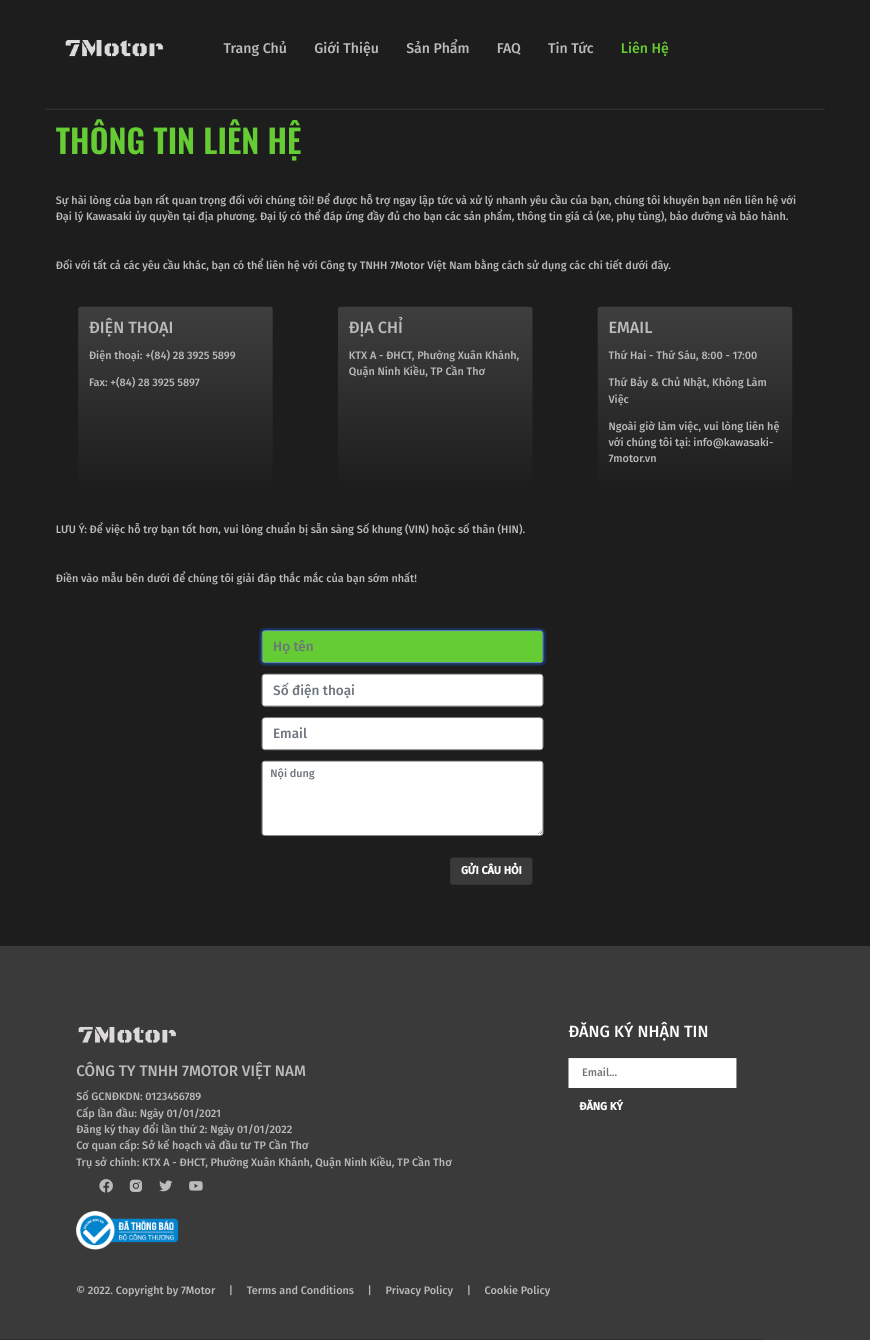
Repository: nntruong1907/SevenMotor
Page: contact.html
An editor plug-in stored every save of this project. The page is shown before and after the next save, followed by the edit.
The browser window is 1280 px wide. The pictures show the whole page, at 68% of full size.
The first visible `.border-input > input` has the focus.

Above is the page before, as saved 2022-04-06 09:59:09.
Console error: TypeError: Cannot read properties of undefined (reading 'classList')

After the next save:
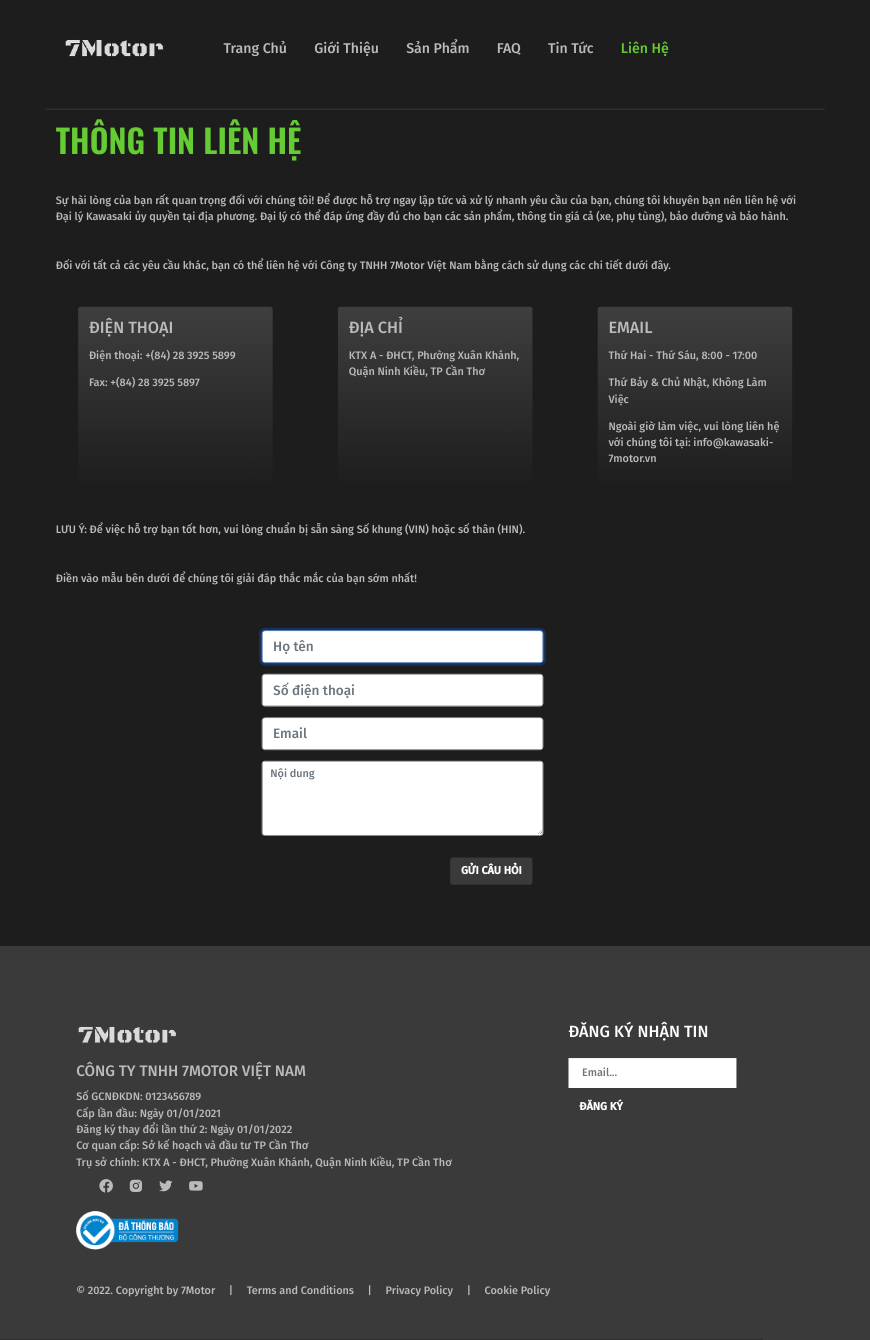
Saved 13 s later.
--- a/css/app.css
+++ b/css/app.css
@@ -753,5 +753,5 @@
 }
 
 .border-input > input:focus {
-  background-color: #66cc33;
-}
+  bo: #66cc33;
+}

After the 2 saves that followed:
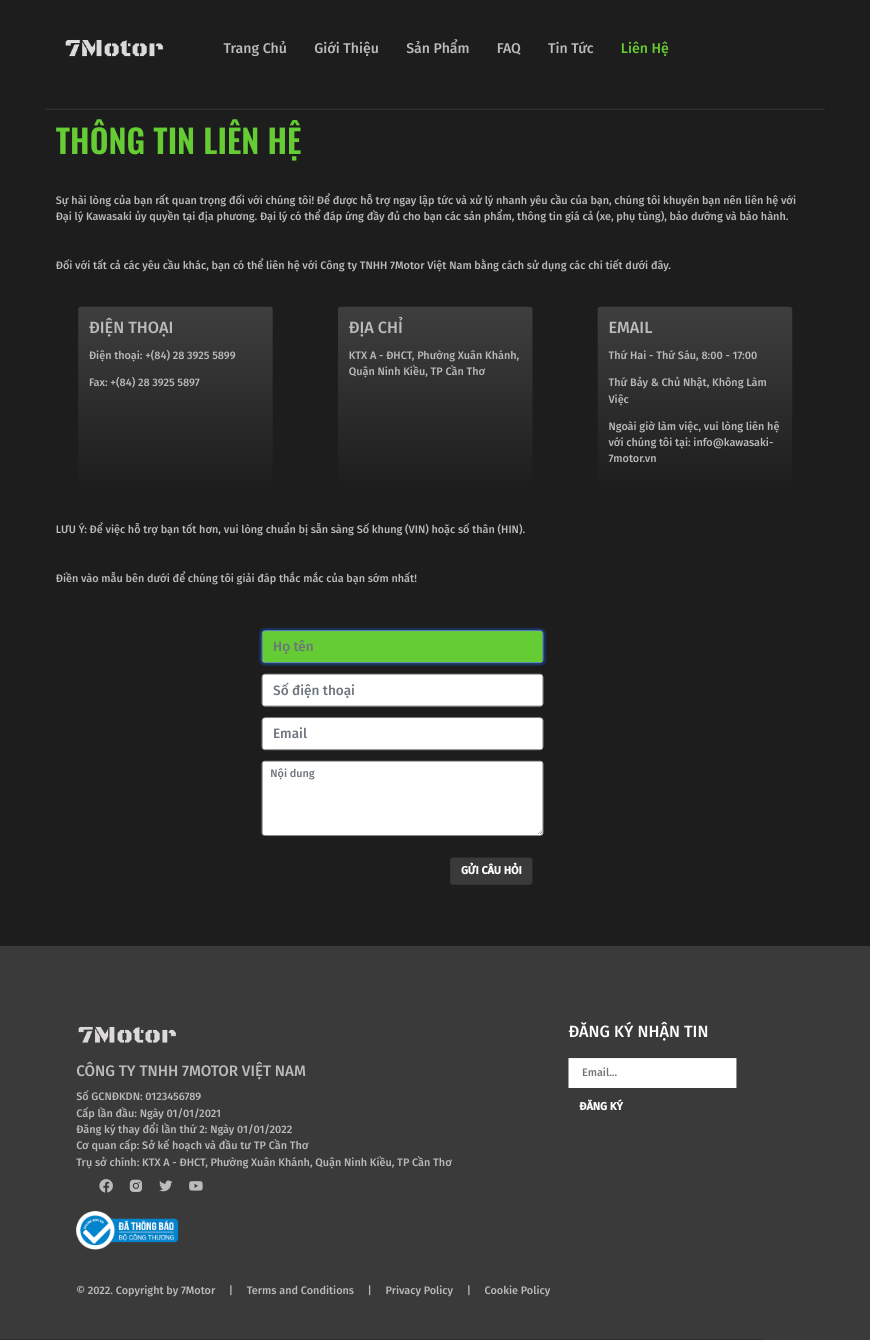
The 2 saves are shown as one change because 1 left the picture as it was.
The last was saved 21 s later.
--- a/css/app.css
+++ b/css/app.css
@@ -753,5 +753,5 @@
 }
 
 .border-input > input:focus {
-  bo: #66cc33;
-}
+  background-color: #66cc33;
+}
